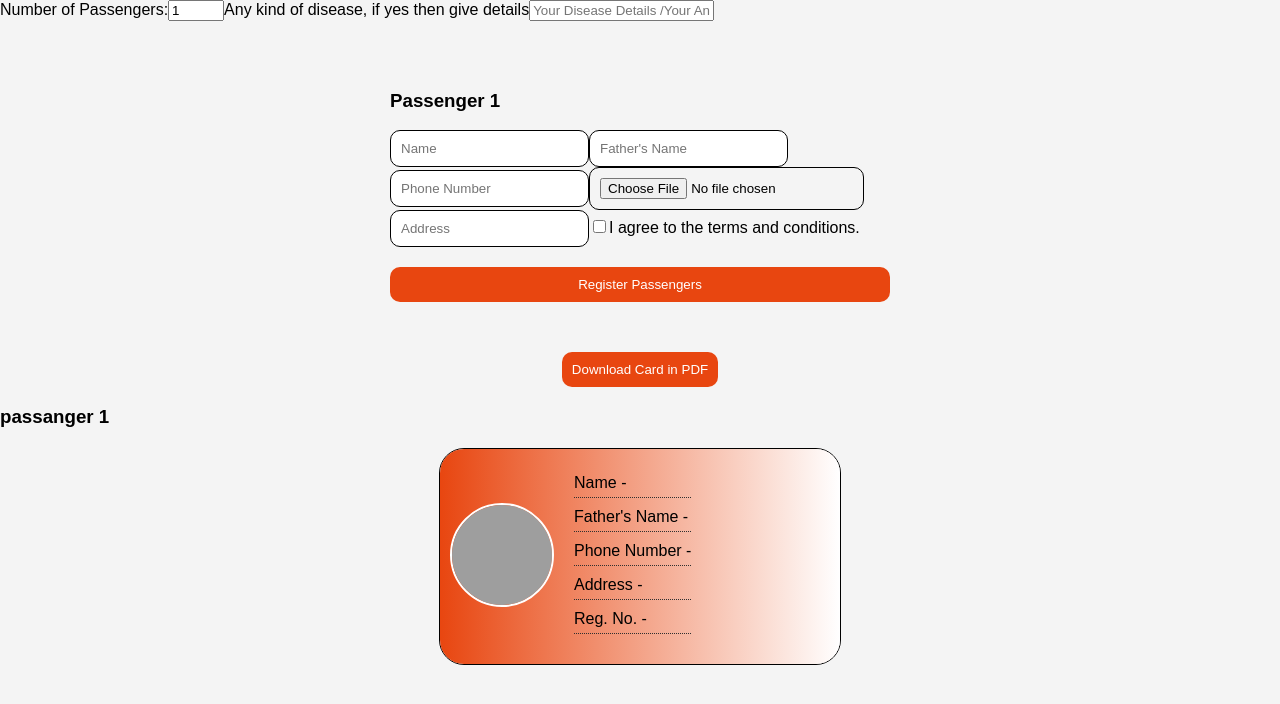
Repository: pripriya09/StudentID-Card-Download
Page: / (app in frontend/)
An editor plug-in stored every save of this project. The page is shown before and after a run of saves, followed by the edit.
The browser window is 1280 px wide. The pictures show the whole page.
Pictures or frames that could not be fetched are drawn as grey boxes. The project was rebuilt for these pictures with package versions that can differ from the ones it lists, and the page was loaded fresh each time. Also part of the build but not shown: frontend/vite.config.js.

Above is the page before, as saved 2025-01-13 11:20:09.

After the next 2 saves:
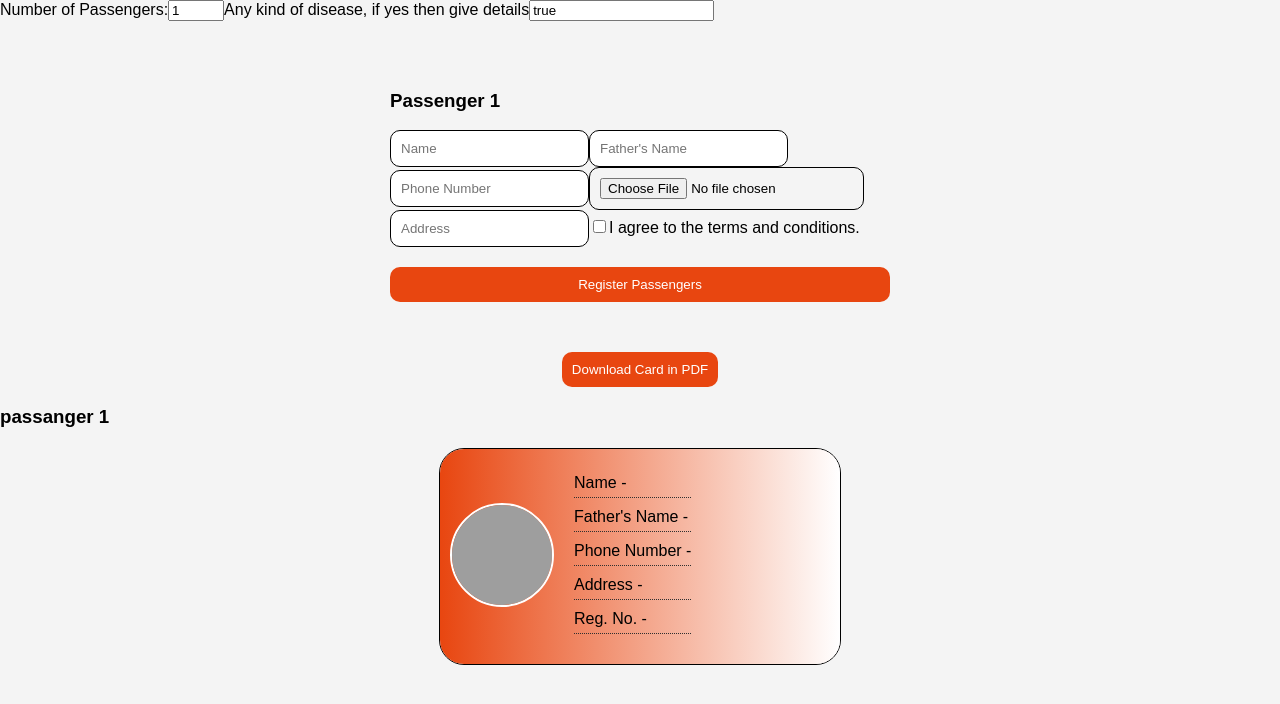
The 2 saves are shown as one change because they came seconds apart.
The last was saved 31 s later.
--- a/frontend/src/Form.jsx
+++ b/frontend/src/Form.jsx
@@ -174,6 +174,7 @@
         <label>Any kind of disease, if yes then give details
           <input type="text"
           placeholder="Your Disease Details /Your Answers"
+          value
           />
         </label>
 

After the 2 saves that followed:
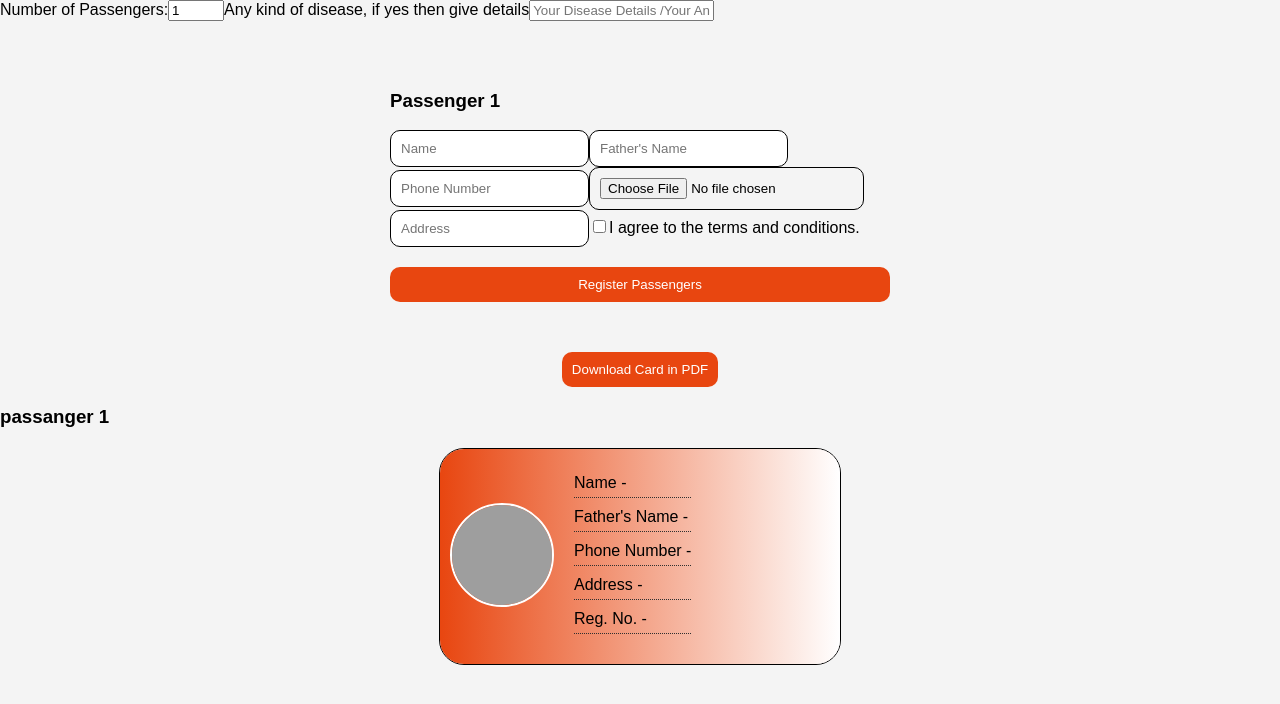
The 2 saves are shown as one change because they came seconds apart.
The last was saved 12 s later.
--- a/frontend/src/Form.jsx
+++ b/frontend/src/Form.jsx
@@ -174,7 +174,7 @@
         <label>Any kind of disease, if yes then give details
           <input type="text"
           placeholder="Your Disease Details /Your Answers"
-          value
+
           />
         </label>
 
